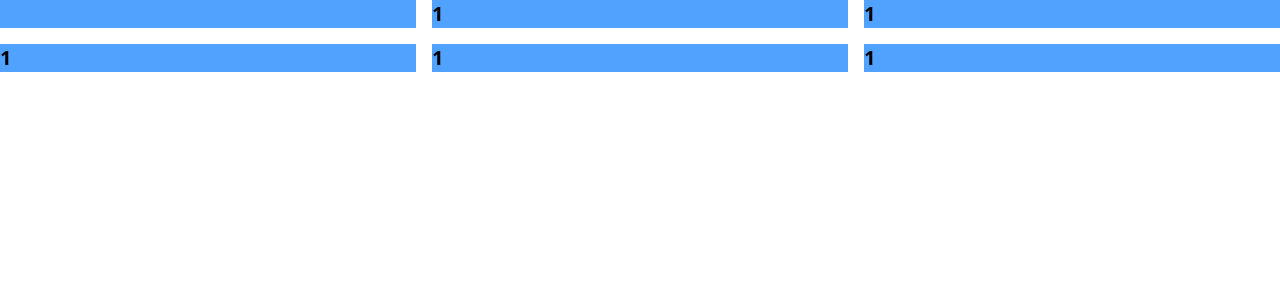
Repository: Abdulahi338/TailwindCss-exercise
Page: Exercise2/index.html
An editor plug-in stored every save of this project. The page is shown before and after the next save, followed by the edit.
The browser window is 1280 px wide. The pictures show the whole page.

Above is the page before, as saved 2025-07-27 11:07:21.

After the next save:
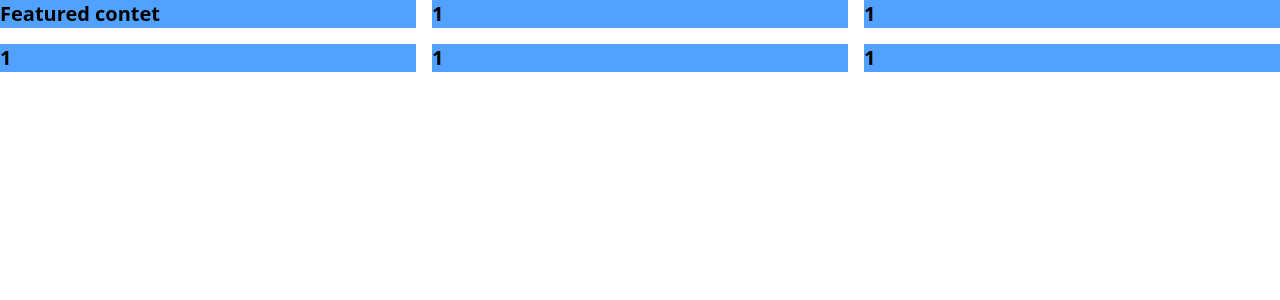
Saved 6 s later.
--- a/Exercise2/index.html
+++ b/Exercise2/index.html
@@ -11,7 +11,7 @@
 
     <div class="grid grid-cols-3 gap-4">
         <div class="text-xl font-semibold bg-blue-400">
-            <h1></h1>
+            <h1>Featured contet</h1>
         </div>
         <div class="text-xl font-semibold bg-blue-400">1</div>
         <div class="text-xl font-semibold bg-blue-400">1</div>
